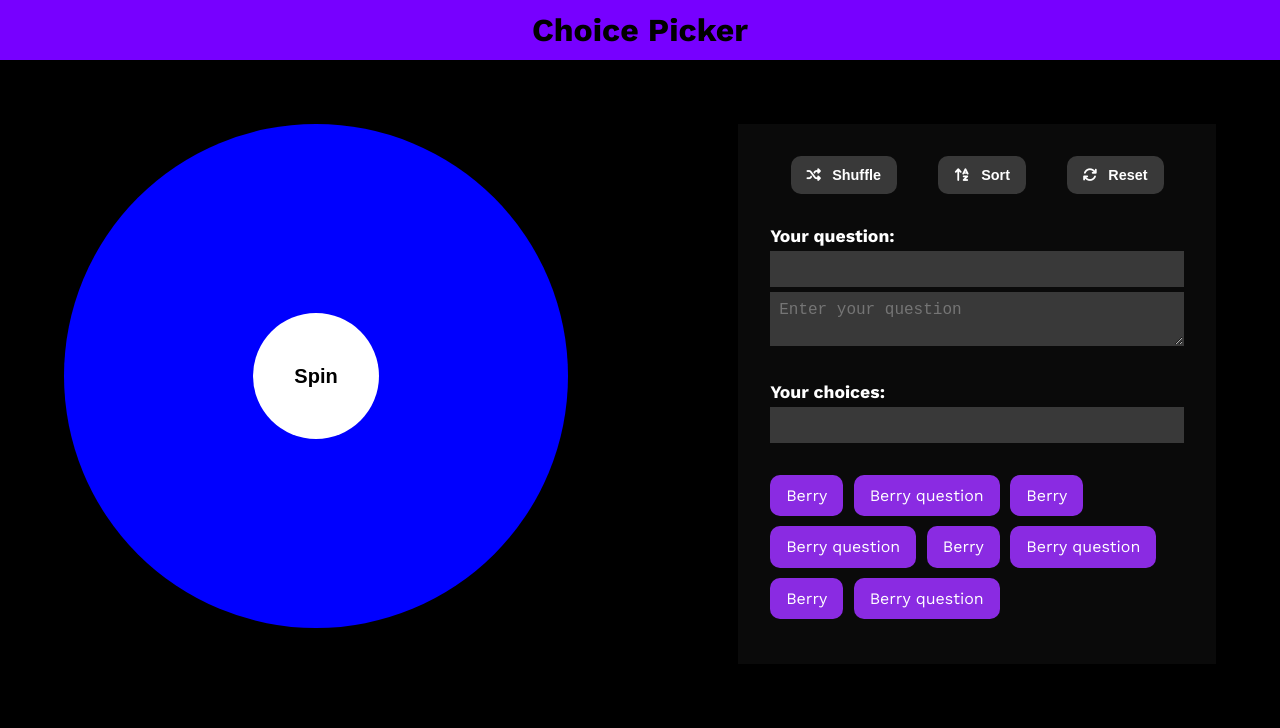
Repository: emiliaiwu/choice_wheel_spinner
Page: index.html
The author's editor kept a copy of each file at every save. The page is drawn from the files as they stood at one save, then again after the next save.
The browser window is 1280 px wide. The pictures show the whole page.
Some web libraries are served in a nearby version.

Above is the page before, as saved 2023-01-10 00:54:47.

### index.html
<!DOCTYPE html>
<html lang="en">
<head>
    <meta charset="UTF-8">
    <meta http-equiv="X-UA-Compatible" content="IE=edge">
    <meta name="viewport" content="width=device-width, initial-scale=1.0">
    <script src="https://kit.fontawesome.com/fd9c36575f.js" crossorigin="anonymous"></script>
    <link rel="stylesheet" href="style.css">
    <title>Choice Picker</title>
</head>
<body>
    <header>
        <h1>Choice Picker</h1>
    </header>
    <div class="container">
        <div class="choice_picker_container">
            <div class="choice_picker">
                <div class="circle">
                    <button class="spin">
                        <h2>Spin</h2>
                    </button>
                </div>
            </div>
            <div class="choice_details">
                <div class="choice_style">
                    <button class="shuffle btn"><i class="fa-solid fa-shuffle"></i>Shuffle</button>
                    <button class="sort btn"><i class="fa-solid fa-arrow-up-a-z"></i>Sort</button>
                    <button class="reset btn"><i class="fa-solid fa-arrows-rotate"></i>Reset</button>
                </div>
                <div class="question">
                    <label class="label" for="question">Your question:</label>
                    <input type="text" name="question" id="question">
                    <textarea name="question" id="" placeholder="Enter your question"></textarea>
                </div>
                <div class="make_choices">
                    <label for="choices">Your choices:</label>
                    <input type="text" name="choices" id="choices">
                </div>
                <div class="listed_choices">
                    <span class="choice">Berry</span>
                    <span class="choice">Berry question</span>
                    <span class="choice">Berry</span>
                    <span class="choice">Berry question</span>
                    <span class="choice">Berry</span>
                    <span class="choice">Berry question</span>
                    <span class="choice">Berry</span>
                    <span class="choice">Berry question</span>
                </div>
            </div>
        </div>
        <div class="picked_choice">

        </div>
    </div>
</body>
</html>

### style.css
@import url('https://fonts.googleapis.com/css2?family=Work+Sans:ital,wght@0,400;0,500;1,600;2,700&display=swap');

* {
    padding: 0;
    margin: 0;
    box-sizing: border-box;
}


body {
    background-color: #000000;
    font-family: 'Work Sans', sans-serif;
    max-width: 100vw;
    min-height: 100vh;
    color: #ffffff;

}

header {
    height: 60px;
    width: 100%;
    background-color:rgb(119, 0, 255);
    color: #000;

}

header,
.spin {
    display: flex;
    align-items: center;
    justify-content: center;

}

.container {
    padding: 5%;
}

.container,
.choice_picker {
    width: 100%;
    height: 100%;
}

.choice_picker_container {
    display: flex;
    align-items: flex-start;
    justify-content: space-between;
    gap: 2rem;
}

.circle {
    width: 70vmin;
    height: 70vmin;
    background-color: blue;
    border-radius: 50%;
    position: relative;
}

.spin {
    width: 25%;
    height: 25%;
    background-color: #FFFFFF;
    position: absolute;
    border-radius: 50%;
    top: 50%;
    left: 50%;
    transform: translate(-50%, -50%);
    outline: none;
    border: none;
}


.choice_details {
    padding: 2rem;
    height: 75vh;
    width: 70%;
    background-color: #0a0a0a;
    display: flex;
    flex-direction: column;
    gap: 2rem;

}

.choice_style {
    display: flex;
    justify-content: space-around;
    align-items: center;
    /* margin-bottom: 2rem; */
}

.btn {
    padding: .7rem 1rem;
    font-size: .9rem;
    font-weight: 600;
    border-radius: 10px;
    background-color: #393939;
    border: none;
    color: #FFFFFF;
}

.fa-solid {
    margin-right: .7rem;
}

label {
    font-weight: 600;
    font-size: 1.1rem;
}



input[type="text"] {
    padding: .5rem;
    width: 100%;
    font-size: 1rem;
    border: 1px solid #393939;
    outline: none;
    margin-top: .3rem;
    background-color: #393939;
    color: #FFFFFF;
}

textarea {
    padding: .5rem;
    width: 100%;
    font-size: 1rem;
    border: 1px solid #393939;
    outline: none;
    margin-top: .3rem;
    background-color: #393939;
    color: #FFFFFF;
}

.listed_choices {
    width: 100%;
    height: 100%;
}

.choice {
    display: inline-block;
    padding: .7rem 1rem;
    background-color: blueviolet;
    border-radius: 10px;
    margin: 0 5px 10px 0px;
}



@media only screen and (max-width: 600px) {
    .choice_picker_container {
        flex-direction: column;
        justify-content: center;
        align-items: center;
    }
}

After the next save:
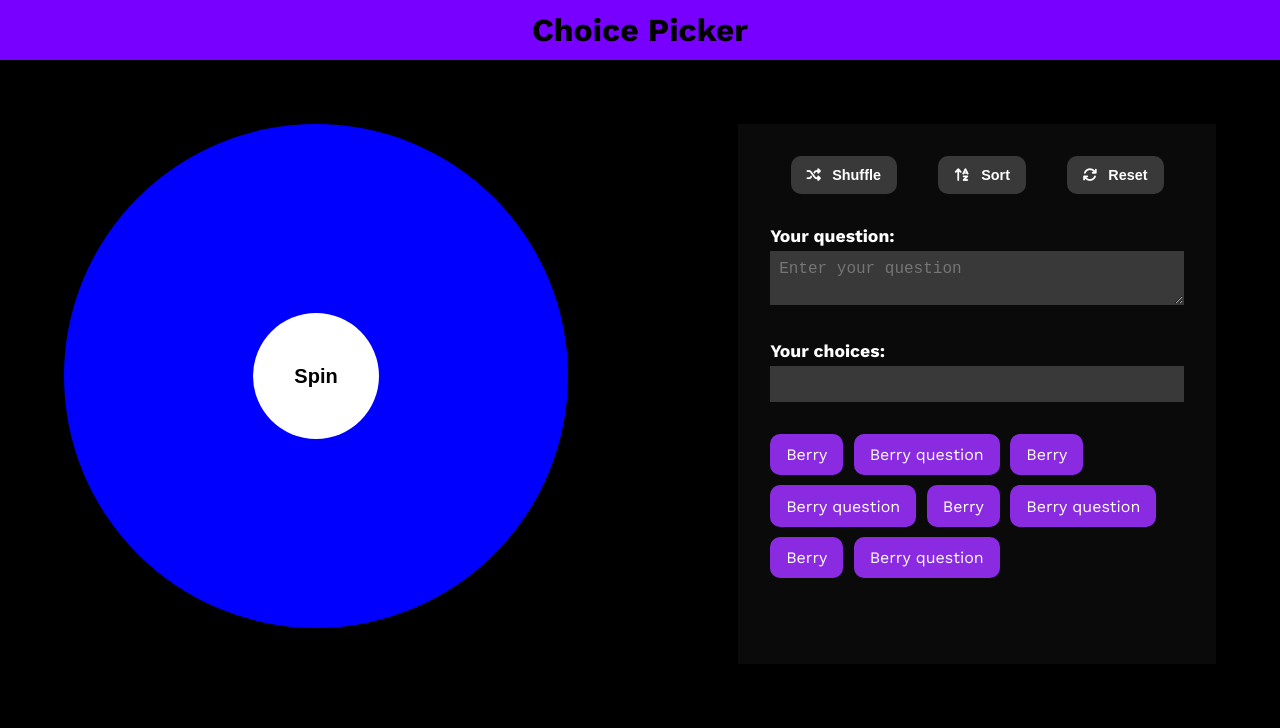
Saved 14 s later.
--- a/index.html
+++ b/index.html
@@ -29,7 +29,6 @@
                 </div>
                 <div class="question">
                     <label class="label" for="question">Your question:</label>
-                    <input type="text" name="question" id="question">
                     <textarea name="question" id="" placeholder="Enter your question"></textarea>
                 </div>
                 <div class="make_choices">
